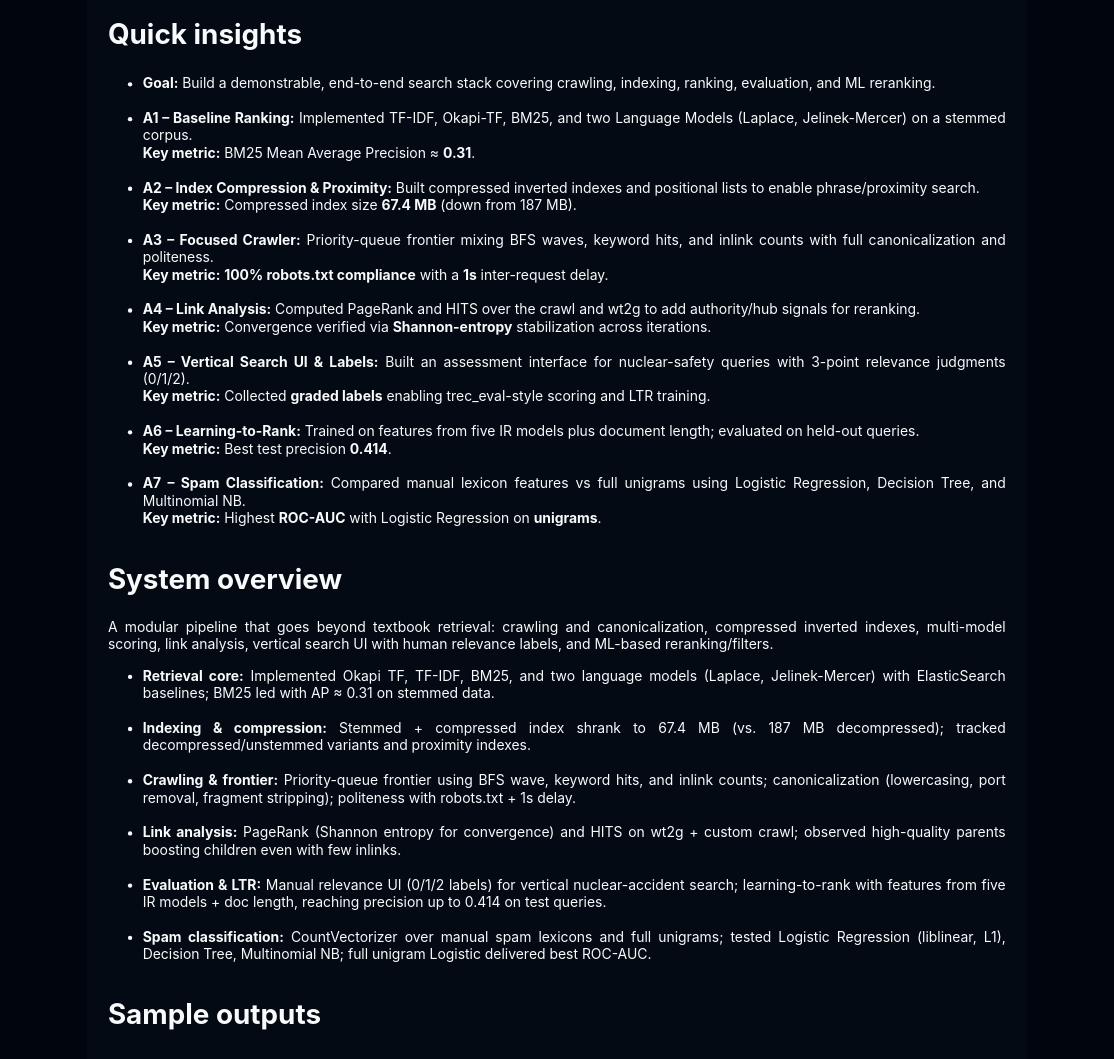
Repository: Abdulaziz-04/Abdulaziz-04.github.io
Page: deepdives/backend_systems/search_engine/search_engine.html
The author's editor kept a copy of each file at every save. The page is drawn from the files as they stood at one save, then again after the next save.
The browser window is 1280 px wide. The pictures show the part of the page from y = 873 to 2090 px (the page is 4662 px tall), at 87% of full size.
A picture or video elsewhere on the page could not be fetched, so the positions and the page height are approximate.

Above is the page before, as saved 2025-11-21 17:50:36.

After the next save:
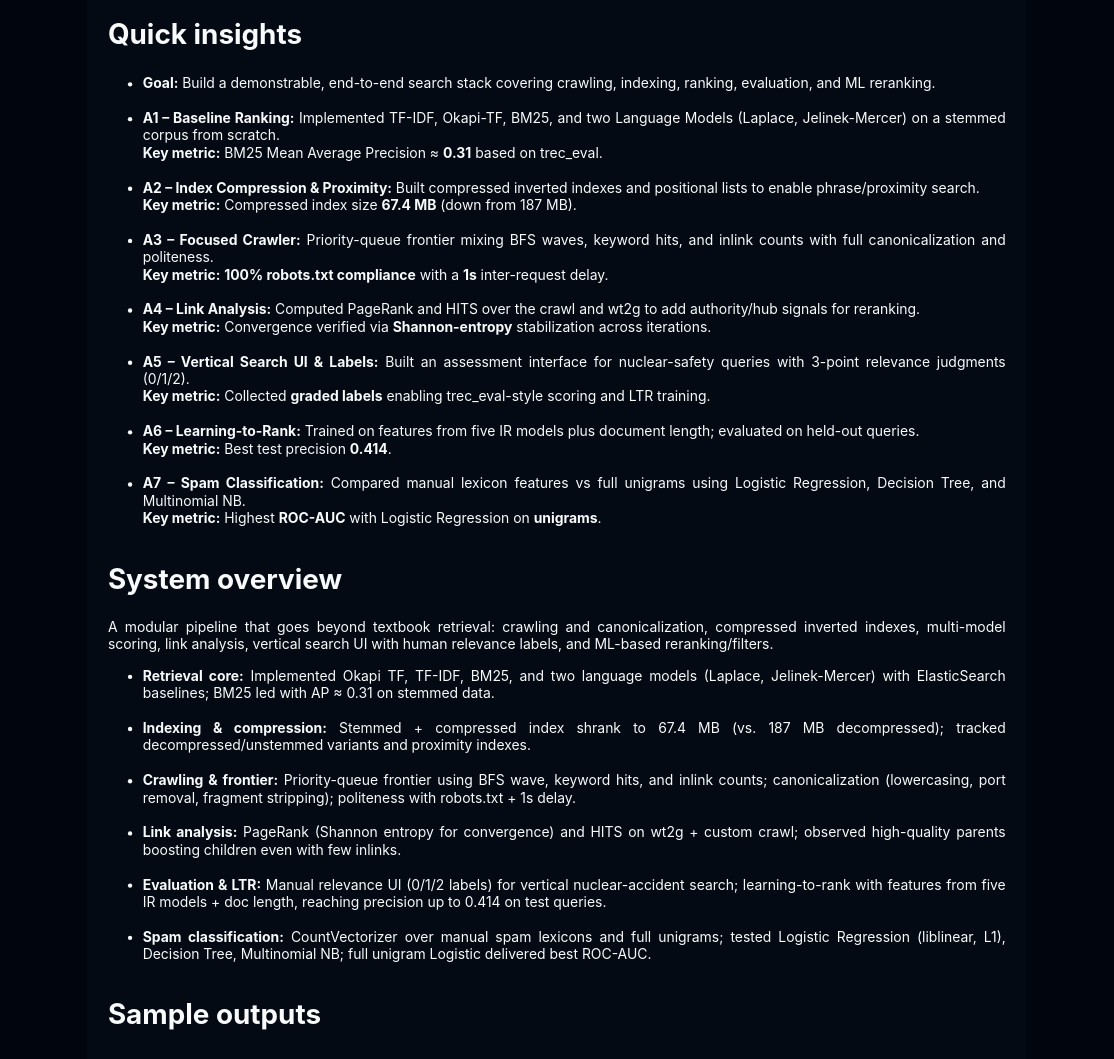
Saved 100 s later.
--- a/deepdives/backend_systems/search_engine/search_engine.html
+++ b/deepdives/backend_systems/search_engine/search_engine.html
@@ -80,8 +80,9 @@
           <li>
             <strong>A1 – Baseline Ranking:</strong> Implemented TF-IDF,
             Okapi-TF, BM25, and two Language Models (Laplace, Jelinek-Mercer) on
-            a stemmed corpus. <br />
-            <b>Key metric:</b> BM25 Mean Average Precision ≈ <b>0.31</b>.
+            a stemmed corpus from scratch. <br />
+            <b>Key metric:</b> BM25 Mean Average Precision ≈ <b>0.31</b> based
+            on trec_eval.
           </li>
           <br />
           <li>
